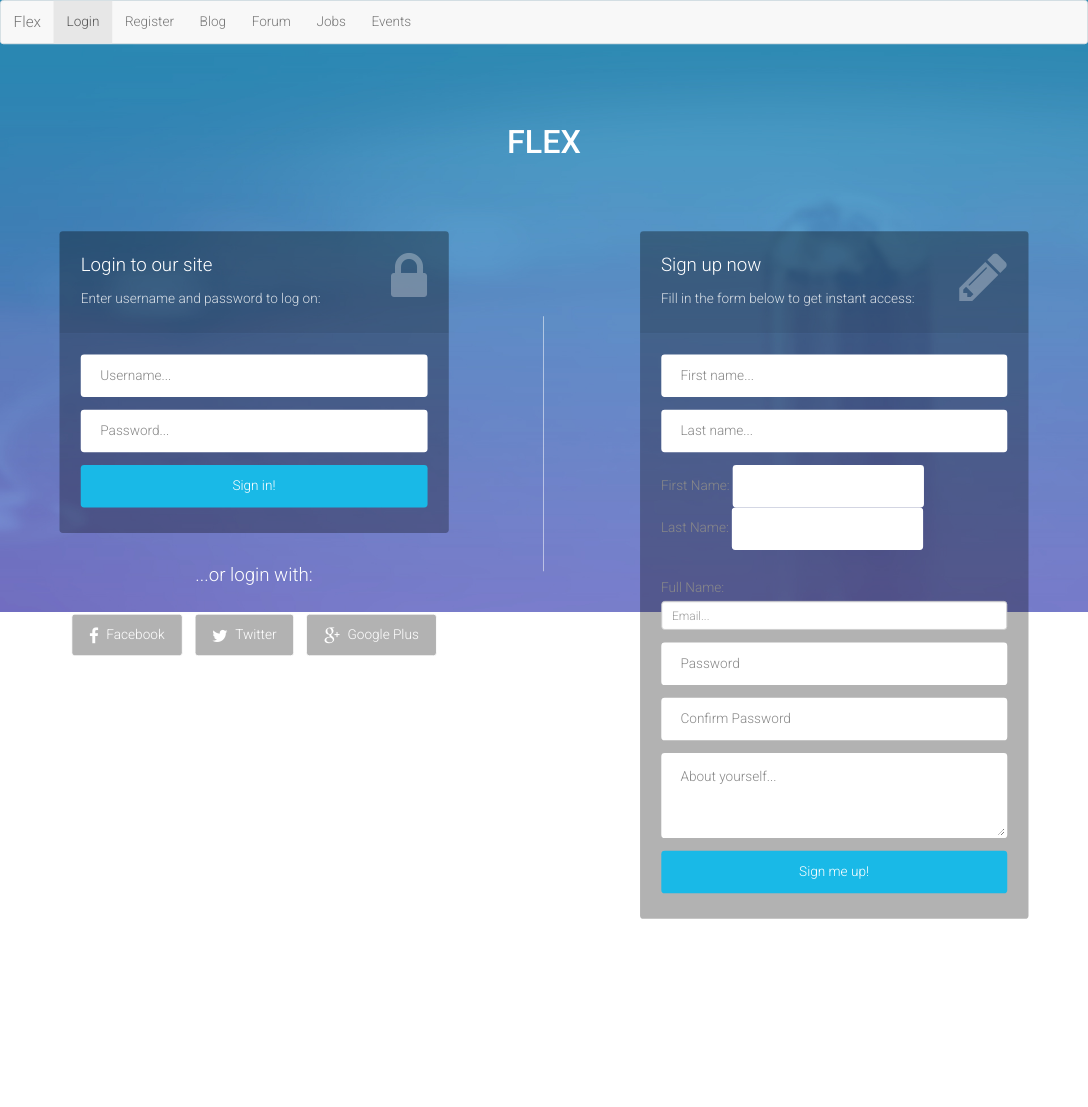
Repository: Angelamritha2012/Flex
Page: Collaboration/WebContent/index.html
The author's editor kept a copy of each file at every save. The page is drawn from the files as they stood at one save, then again after the next save.
The browser window is 1280 px wide. The pictures show the whole page, at 85% of full size.
Some web libraries are served in a nearby version.

Above is the page before, as saved 2017-11-30 09:45:13.

After the next save:
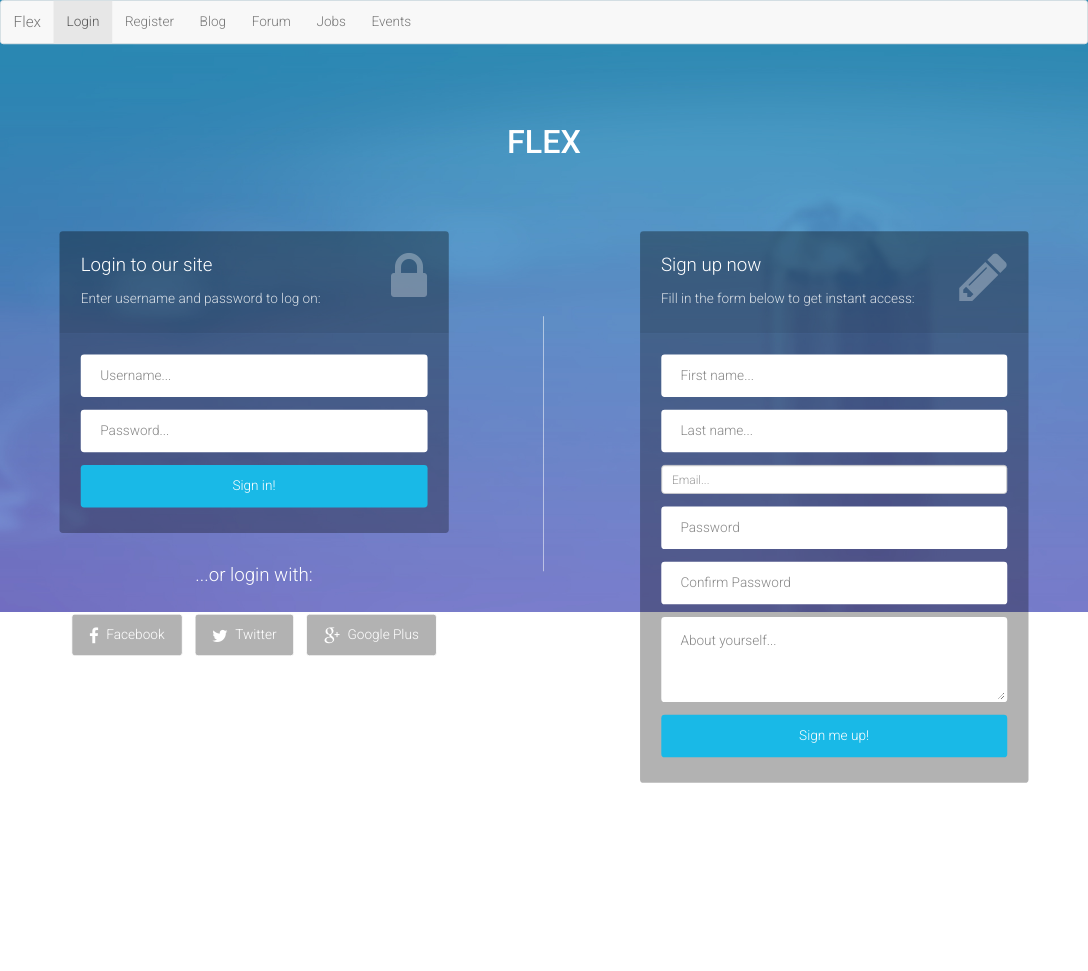
Saved 116 s later.
--- a/Collaboration/WebContent/index.html
+++ b/Collaboration/WebContent/index.html
@@ -166,12 +166,10 @@
 
             <p style="color:white" ng-show="userForm.lastname.$invalid && !userForm.lastname.$pristine" class="help-block">You last name is required.</p>
         </div>
-				                        <div ng-app="myApp">
-
-First Name: <input type="text" ng-model="firstName"><br>
-Last Name: <input type="text" ng-model="lastName"><br>
-<br>
-Full Name: {{firstName + " " + lastName}}
+				                        <div class="form-group">
+
+
+ {{firstName + " " + lastName}}
 
 </div>
 				                         <div class="form-group" ng-class="{ 'has-error' : userForm.email.$invalid && !userForm.email.$pristine }">
